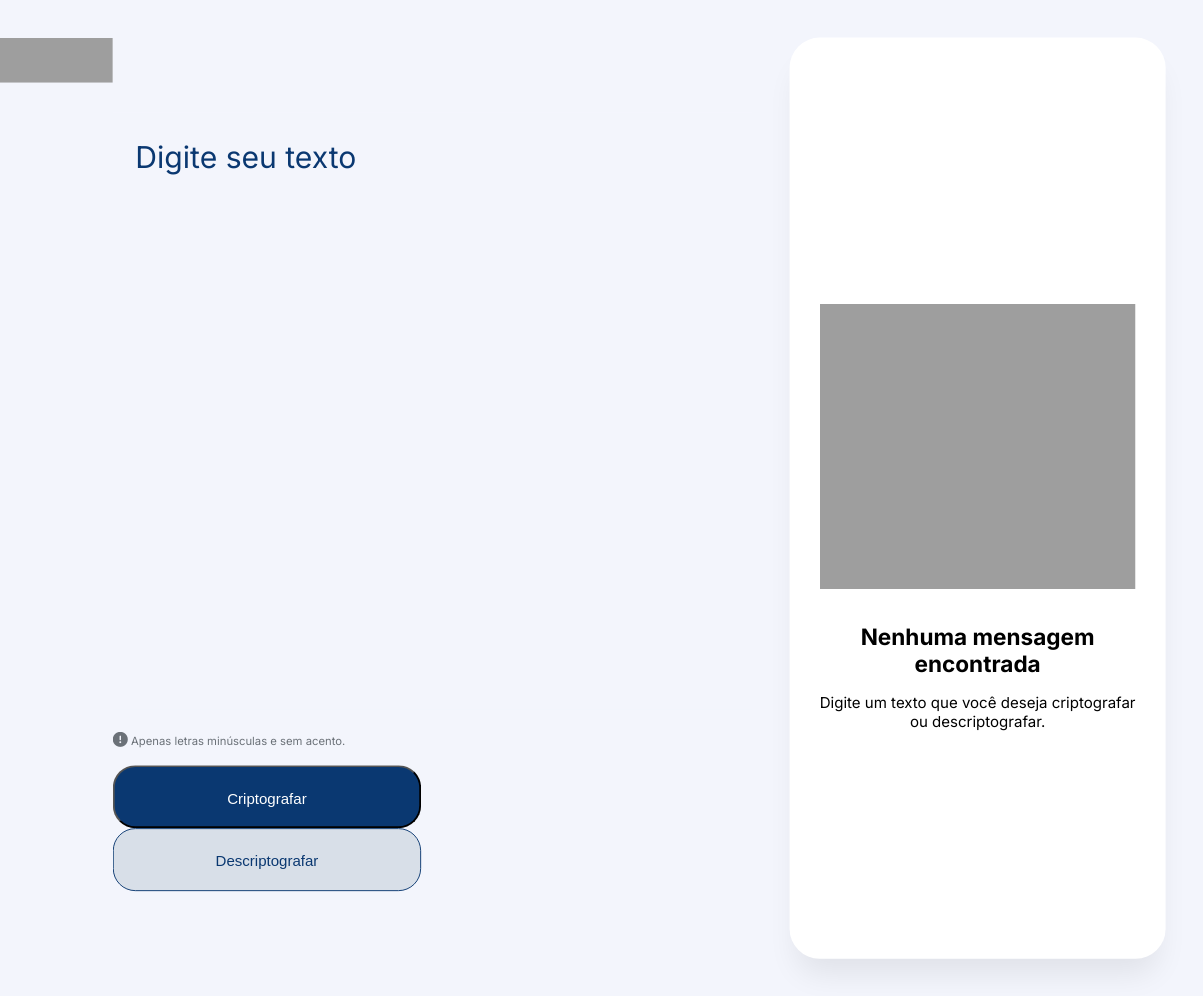
Repository: CarlosEduardoVdeOliveira/descodificador-de-texto
Page: index.html
An editor plug-in stored every save of this project. The page is shown before and after the next save, followed by the edit.
The browser window is 1280 px wide. The pictures show the whole page, at 94% of full size.
Pictures or frames that could not be fetched are drawn as grey boxes.

Above is the page before, as saved 2023-04-12 09:22:08.

### index.html
<!DOCTYPE html>
<html lang="en">
<head>
   <meta charset="UTF-8">
   <link rel="preconnect" href="https://fonts.googleapis.com">
   <link rel="preconnect" href="https://fonts.gstatic.com" crossorigin>
   <meta http-equiv="X-UA-Compatible" content="IE=edge">
   <meta name="viewport" content="width=device-width, initial-scale=1.0">
   <link href="https://fonts.googleapis.com/css2?family=Inter:wght@400;700&display=swap" rel="stylesheet">
   <link rel="stylesheet" href="https://cdnjs.cloudflare.com/ajax/libs/font-awesome/6.4.0/css/all.min.css" integrity="sha512-iecdLmaskl7CVkqkXNQ/ZH/XLlvWZOJyj7Yy7tcenmpD1ypASozpmT/E0iPtmFIB46ZmdtAc9eNBvH0H/ZpiBw==" crossorigin="anonymous" referrerpolicy="no-referrer" />
   <link rel="stylesheet" href="/public/styles/reset.css">
   <link rel="stylesheet" href="/public/styles/index.css">
   <title>Decodificador</title>
</head>
<body>
   <main>
      <img src="/public/images/imageLogo.png"
         alt="letra a da logo da escola de programação Alura">
      <div class="frist-area">
         <textarea placeholder="Digite seu texto" autofocus></textarea>
         <span>
            <i class="fa-solid fa-circle-exclamation"></i>
            Apenas letras minúsculas e sem acento.
         </span>
         <div>
            <button class="button-cryptography">Criptografar</button>
            <button class="button-decryption">Descriptografar</button>
         </div>
      </div>
      <div class="highlight">
         <img src="/public/images/imageHighLight.svg" alt="">
         <div>
            <h2>Nenhuma mensagem encontrada</h2>
            <p>
               Digite um texto que você deseja criptografar ou descriptografar.
            </p>
         </div>
      </div>
   </main>
   <script src="/public/scripts/index.js"></script>
</body>
</html>

### public/styles/reset.css
:root{
   --light-gray: #D8DFE8;
   --gray-100: #CED4DA;
   --gray-200: #ADB5BD;
   --gray-300: #868E96;
   --gray-400: #495057;
   --gray-500: #343A40;
   --light-blue-100: #F3F5FC;
   --light-blue-200: #EFF1FA;
   --light-blue-300: #E9ECF8;
   --light-blue-400: #AAB2D5;
   --light-blue-500: #757FB2;
   --dark-blue-100: #609ED4;
   --dark-blue-200: #356EA9;
   --dark-blue-300: #0A3871;
   --dark-blue-400: #072B61;
   --dark-blue-500: #052051;
}
*{
   margin: 0;
   padding: 0;
   box-sizing: border-box;
}

html{
   font-family:  'Inter', sans-serif;
   font-size: 1rem;
}

### public/styles/index.css
/* header{
   width: 100%;
   height: 2.5rem;
} */
body{
   background-color: var(--light-blue-100);
}
img{
   width: 8rem;
   height: 3rem;
   margin-top: 2.5rem;
}
main {
   display: flex;
   justify-content: space-around;
   align-items: self-start;
   margin: 0 auto;
}
.frist-area{
   display: flex;
   flex-direction: column;
   margin-top: 7.5rem;
}
textarea{
   width: 42.5rem;
   height: 39.68rem;
   font-family: 'Inter';
   font-size: 32px;
   line-height: 150%;
   background-color: var(--light-blue-100);
   color: var(--dark-blue-300);
   border: none;
   resize: none;
   margin-bottom: 1.5rem;
   padding: 1.5rem;
}
textarea:focus{
   outline: 0;
}

textarea::placeholder{
   color: var(--dark-blue-300);
}

i{
   color: var(--gray-400);
   font-size: 1rem;
}
span{
   font-size: 12px;
   color: var(--gray-400);
   line-height: 150%;
   opacity: 0.8;
   margin-bottom: 1rem;
}
button{
   padding: 1.5rem;
   gap: .5rem;
   width: 328px;
   height: 67px;
   border-radius: 1.5rem;
   cursor: pointer;
   font-size: 1rem;
   line-height: 19px;
   transition: all .2s;
}
.button-cryptography{
   background-color: var(--dark-blue-300);
   color: #FFFFFF;
   margin-right: 1.5rem;
}
.button-cryptography:hover{
   background-color: var(--dark-blue-400);
}
.button-decryption{
   background: var(--light-gray);
   color: var(--dark-blue-300);
   border: 1px solid var(--dark-blue-300);
}
.button-decryption:hover{
   background-color: var(--light-blue-200);
}
.highlight{
   width: 25rem;
   margin: 2.5rem;
   padding: 15.188rem 2rem;
   text-align: center;
   background: #FFFFFF;
   /* shadow */
   box-shadow: 0px 24px 32px -8px rgba(0, 0, 0, 0.08);
   border-radius: 32px;
}
.highlight div{
   display: flex;
   flex-direction: column;

   margin-top: 2rem;
   padding: 0px;
   gap: 16px;
}
.highlight img{
   width: 21rem;
   height: 19rem;
}

### public/scripts/index.js
const componentTextarea = document.querySelector("textarea");
const buttonCryptography = document.querySelector(".button-cryptography")
const buttonDecryption = document.querySelector(".button-decryption")

After the next save:
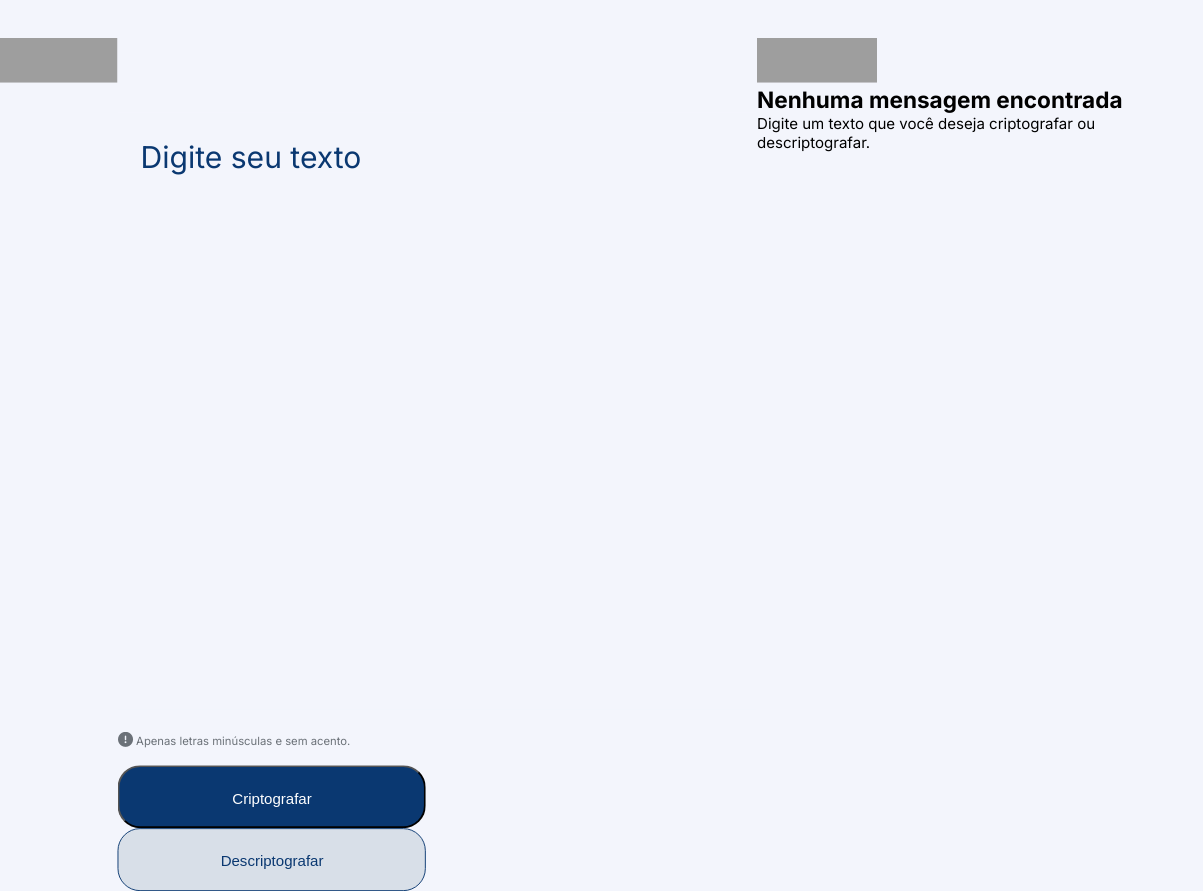
Saved 33 s later.
--- a/index.html
+++ b/index.html
@@ -27,7 +27,7 @@
             <button class="button-decryption">Descriptografar</button>
          </div>
       </div>
-      <div class="highlight">
+      <div class="cryption">
          <img src="/public/images/imageHighLight.svg" alt="">
          <div>
             <h2>Nenhuma mensagem encontrada</h2>

After the save that followed:
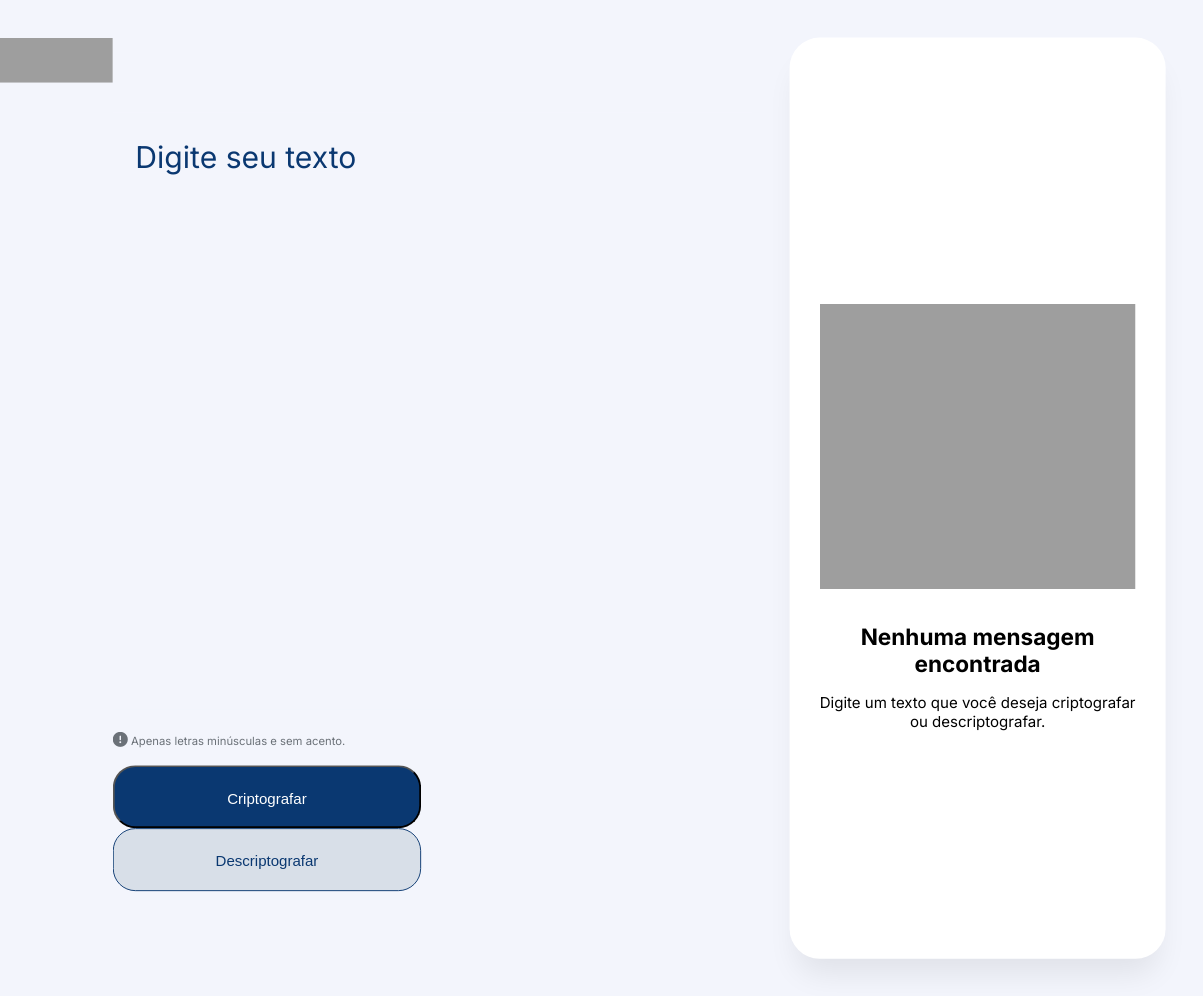
Saved 19 s later.
--- a/public/styles/index.css
+++ b/public/styles/index.css
@@ -80,7 +80,7 @@ button{
 .button-decryption:hover{
    background-color: var(--light-blue-200);
 }
-.highlight{
+.cryption{
    width: 25rem;
    margin: 2.5rem;
    padding: 15.188rem 2rem;
@@ -90,7 +90,7 @@ button{
    box-shadow: 0px 24px 32px -8px rgba(0, 0, 0, 0.08);
    border-radius: 32px;
 }
-.highlight div{
+.cryption div{
    display: flex;
    flex-direction: column;
 
@@ -98,7 +98,7 @@ button{
    padding: 0px;
    gap: 16px;
 }
-.highlight img{
+.cryption img{
    width: 21rem;
    height: 19rem;
 }
